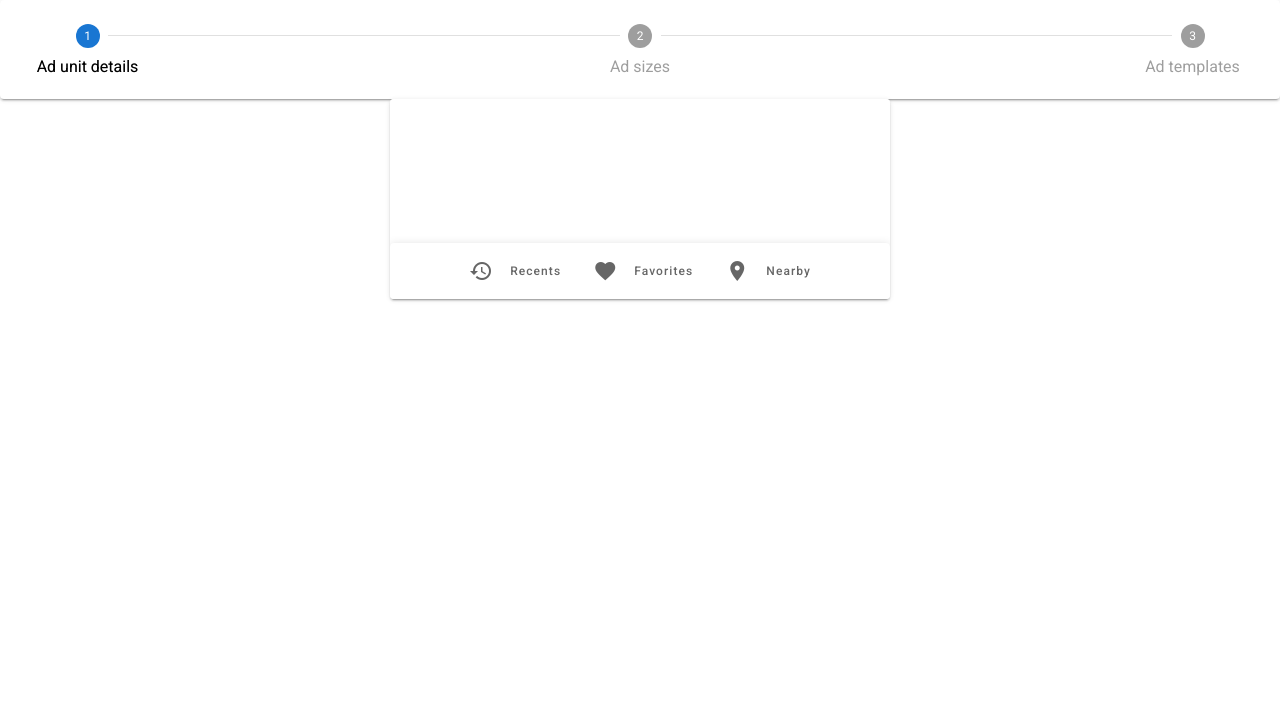
Repository: SidneyHodieb/myc
Page: /addsource
An editor plug-in stored every save of this project. The page is shown before and after the next save, followed by the edit.
The browser window is 1280 px wide. The pictures show the whole page.
An inner scrolling area shows only its first screen. The project was rebuilt for these pictures with package versions that can differ from the ones it lists, and the page was loaded fresh each time. Also part of the build but not shown: vue.config.js, src/views/Home.vue, src/views/addSource/components/format.vue, src/views/addSource/components/card.vue, src/views/addSource/components/trigger.vue.

Above is the page before, as saved 2021-04-03 17:29:13.

### src/App.vue
<template>
  <v-app>
    <v-main>
      <router-view></router-view>
    </v-main>
  </v-app>
</template>

<script>

export default {
  name: 'App',
  data: () => ({
    //
  }),
};
</script>

### src/router/index.js
import Vue from 'vue'
import VueRouter from 'vue-router'
import Home from '../views/Home.vue'
import addSource from '../views/addSource/column'
import format from '../views/addSource/components/format'
import card from '../views/addSource/components/card'
import trigger from '../views/addSource/components/trigger'

Vue.use(VueRouter)

const routes = [
  {
    path: '/',
    name: 'Home',
    component: Home
  },
  {
    path: '/addsource',
    name: 'addSource',
    component: addSource,
    children: [
      {
        path: 'format',
        component: format
      },
      {
        path: 'card',
        component: card
      },
      {
        path: 'trigger',
        component: trigger
      }
    ]
  },
  {
    path: '/about',
    name: 'About',
    // route level code-splitting
    // this generates a separate chunk (about.[hash].js) for this route
    // which is lazy-loaded when the route is visited.
    component: function () {
      return import(/* webpackChunkName: "about" */ '../views/About.vue')
    }
  }
]

const router = new VueRouter({
  mode: 'history',
  base: process.env.BASE_URL,
  routes
})

export default router

### src/views/addSource/column.vue
<template>
  <div>
    <!-- Header -->
      <v-stepper alt-labels>
          <v-stepper-header>
            <v-stepper-step step="1">
              Ad unit details
            </v-stepper-step>

            <v-divider></v-divider>

            <v-stepper-step step="2">
              Ad sizes
            </v-stepper-step>

            <v-divider></v-divider>

            <v-stepper-step step="3">
              Ad templates
            </v-stepper-step>
          </v-stepper-header>
        </v-stepper>

        <!--Footer  -->
        <v-card
    class="mx-auto overflow-hidden"
    height="200"
    max-width="500"
  >
    <v-bottom-navigation
      absolute
      color="white"
      hide-on-scroll
      horizontal
      scroll-target="#scroll-threshold-example"
      scroll-threshold="500"
    >
      <v-btn>
        <span>Recents</span>

        <v-icon>mdi-history</v-icon>
      </v-btn>

      <v-btn>
        <span>Favorites</span>

        <v-icon>mdi-heart</v-icon>
      </v-btn>

      <v-btn>
        <span>Nearby</span>

        <v-icon>mdi-map-marker</v-icon>
      </v-btn>
    </v-bottom-navigation>

    <v-sheet
      id="scroll-threshold-example"
      class="overflow-y-auto pb-16"
      max-height="600"
    >
      <v-responsive height="1500"></v-responsive>
    </v-sheet>
  </v-card>
  </div>
</template>

<script>
export default {

}
</script>

<style>

</style>

Loaded but not shown: public/index.html (common file); src/main.js (common file); src/store/index.js (common file); src/plugins/vuetify.js (common file)

After the next save:
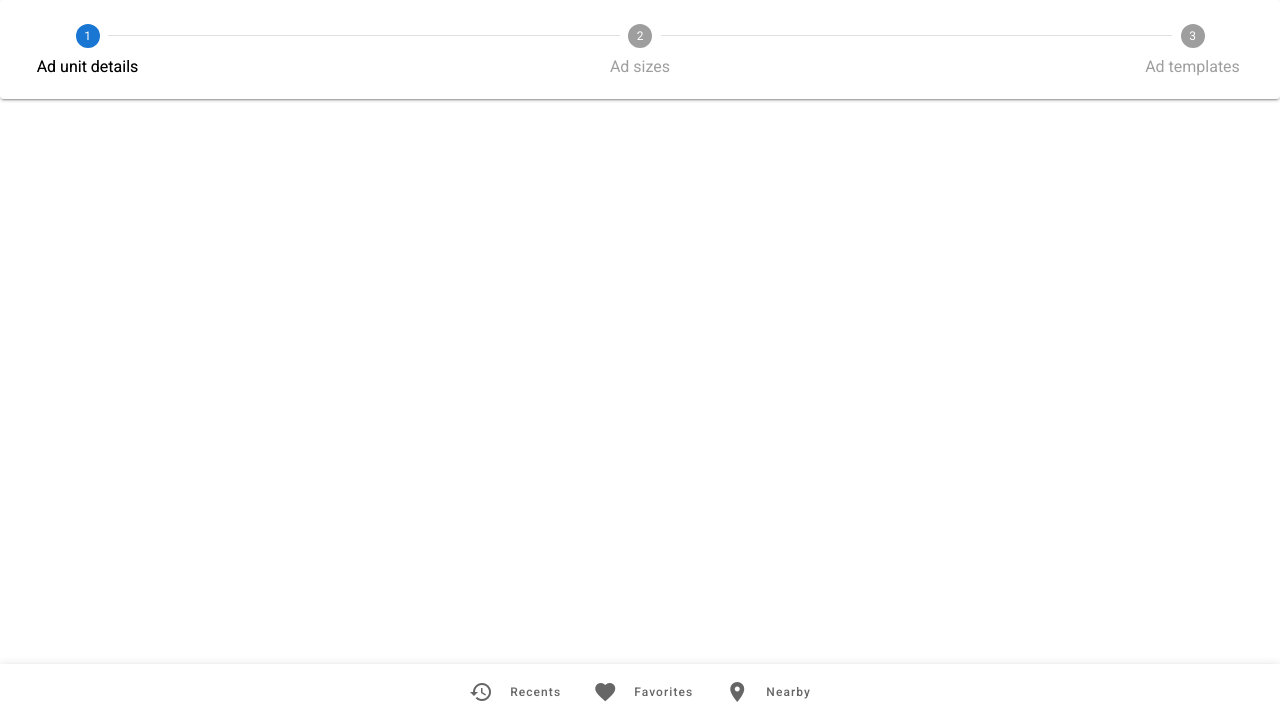
Saved 18 s later.
--- a/src/views/addSource/column.vue
+++ b/src/views/addSource/column.vue
@@ -22,11 +22,7 @@
         </v-stepper>
 
         <!--Footer  -->
-        <v-card
-    class="mx-auto overflow-hidden"
-    height="200"
-    max-width="500"
-  >
+
     <v-bottom-navigation
       absolute
       color="white"
@@ -61,7 +57,6 @@
     >
       <v-responsive height="1500"></v-responsive>
     </v-sheet>
-  </v-card>
   </div>
 </template>
 
